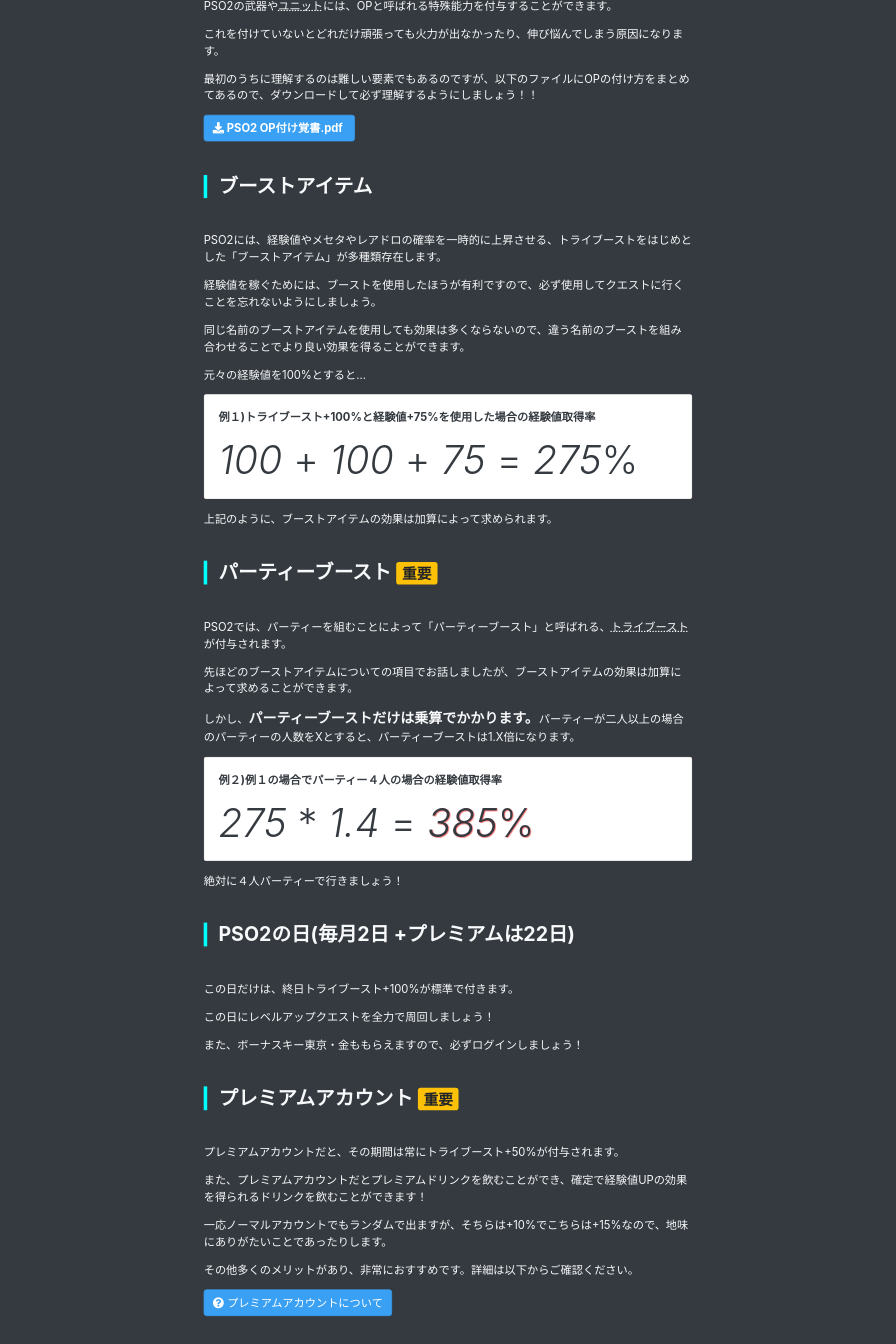
Repository: milkyahonpo/Website_source
Page: docs/capture.html
The author's editor kept a copy of each file at every save. The page is drawn from the files as they stood at one save, then again after a run of saves.
The browser window is 1280 px wide. The pictures show the part of the page from y = 3780 to 5700 px (the page is 11258 px tall before and 11156 px after), at 70% of full size.
Some web libraries are served in a nearby version.

Above is the page before, as saved 2020-02-03 09:43:53.

### docs/capture.html
<!DOCTYPE html>
<html lang="ja">
  <head>
    <!-- Required meta tags -->
    <meta charset="utf-8">
    <meta name="viewport" content="width=device-width, initial-scale=1, shrink-to-fit=no">
    <!-- Bootstrap CSS -->
    <link rel="stylesheet" href="https://stackpath.bootstrapcdn.com/bootstrap/4.3.1/css/bootstrap.min.css" integrity="sha384-ggOyR0iXCbMQv3Xipma34MD+dH/1fQ784/j6cY/iJTQUOhcWr7x9JvoRxT2MZw1T" crossorigin="anonymous">
    <!-- My CSS -->
    <link rel="stylesheet" href="css/capture.css">
    <!-- favicon -->
    <link rel="shortcut icon" href="img/favicon.ico">
    <!-- Font Awesome -->
    <link href="https://use.fontawesome.com/releases/v5.6.1/css/all.css" rel="stylesheet">
    <!-- Google Fonts -->
    <link href="https://fonts.googleapis.com/css?family=Titillium+Web&display=swap" rel="stylesheet">

    <title>みるく屋本舗 - 攻略本 -</title>
  </head>

  <body>
  <!-- Navigation -->
  <nav class="navbar navbar-expand-lg navbar-light fixed-top py-3" id="mainNav">
    <div class="container">
      <a class="navbar-brand" href="index.html">
        <img src="./img/logo.png" width="50" height="50" alt="">
        <b>みるく屋本舗</b>
      </a>
      <button class="navbar-toggler navbar-togglar-right" type="button" data-toggle="collapse" data-target="#navbarResponsive" aria-controls="navbarResponsive" aria-expanded="false" aria-label="Toggle navigation">
        <span class="navbar-toggler-icon"></span>
      </button>
      <div class="collapse navbar-collapse" id="navbarResponsive">
        <ul class="navbar-nav ml-auto my-2 my-lg-0">
          <li class="nav-item">
            <a class="nav-link js-scroll-trigger" href="#basic">基礎知識</a>
          </li>
          <li class="nav-item">
            <a class="nav-link js-scroll-trigger" href="#lv1-50">Lv01～Lv50</a>
          </li>
          <li class="nav-item">
            <a class="nav-link js-scroll-trigger" href="#lv51-75">Lv51～Lv75</a>
          </li>
          <li class="nav-item">
            <a class="nav-link js-scroll-trigger" href="#lv76-80">Lv76～Lv80</a>
          </li>
          <li class="nav-item">
            <a class="nav-link js-scroll-trigger" href="#lv81-90">Lv81～Lv90</a>
          </li>
        </ul>
      </div>
    </div>
  </nav>
  <!-- About Section -->
  <section class="page-section h-100 bg-dark text-light">
    <div class="container h-100">
      <div class="row h-100 justify-content-center align-items-center">
        <div class="col-lg-8">
          <h2 class="display-1 mt-0 font-weight-bold text-center"><span style="color: cyan;">攻</span>略本</h2>
          <hr class="divider my-4">
          <p class="lead text-center">チムメンに役立つ育成情報を掲載します！</p>
          <p class="text-center"><small>最終更新 : 2020/01/23</small></p>
        </div>
      </div>
    </div>
  </section>

  <div class="page-section bg-dark text-light">
    <div class="container">
      <div class="row py-5 justify-content-center" id="basic">
        <div class="col-md-8">
          <h2 class="font-weight-bold">基礎知識</h2>
          <h3 class="my-5 pl-3"><strong class="font-weight-bold">メインクラスとサブクラス</strong></h3>
          <div class="px-3">
            <div>
              PSO2には「メインクラス」と「サブクラス」があります。
              <ul>
                <li>「メインクラス」装備できる武器に影響するクラス</li>
                <li>「サブクラス」一部のスキルとステータスの影響を受けるクラス<br>
              </ul>
              以下にクラス一覧と、その装備できる武器について示します。
            </div>
            <p class="alert alert-info">ガンスラッシュはどのクラスでも使用することができます。</p>
            <h4>通常クラス</h4>
            <table class="table table-striped table-hover my-3 table-dark">
              <tr><th>アイコン</th><th>クラス名</th><th>略称</th><th>装備できる武器</th></tr>
              <tr><td><img class="img-thumbnail" src="img/Hu.png"　style="display: inline-block" width="50px" height="auto"></td><td><a href="https://pso2.swiki.jp/index.php?%E3%83%8F%E3%83%B3%E3%82%BF%E3%83%BC">ハンター</a></td><td>Hu</td><td><ul><li>ソード</li><li>ワイヤードランス</li><li>パルチザン</li></ul></td></tr>
              <tr><td><img class="img-thumbnail" src="img/Fi.png"　style="display: inline-block" width="50px" height="auto"></td><td><a href="https://pso2.swiki.jp/index.php?%E3%83%95%E3%82%A1%E3%82%A4%E3%82%BF%E3%83%BC">ファイター</a></td><td>Fi</td><td><ul><li>ツインダガー</li><li>ダブルセイバー</li><li>ナックル</li></ul></td></tr>
              <tr><td><img class="img-thumbnail" src="img/Ra.png"　style="display: inline-block" width="50px" height="auto"></td><td><a href="https://pso2.swiki.jp/index.php?%E3%83%AC%E3%83%B3%E3%82%B8%E3%83%A3%E3%83%BC">レンジャー</a></td><td>Ra</td><td><ul><li>ランチャー</li><li>アサルトライフル</li></ul></td></tr>
              <tr><td><img class="img-thumbnail" src="img/Gu.png"　style="display: inline-block" width="50px" height="auto"></td><td><a href="https://pso2.swiki.jp/index.php?%E3%82%AC%E3%83%B3%E3%83%8A%E3%83%BC">ガンナー</a></td><td>Gu</td><td><ul><li>ツインマシンガン</li><li>アサルトライフル</li></ul></td></tr>
              <tr><td><img class="img-thumbnail" src="img/Fo.png"　style="display: inline-block" width="50px" height="auto"></td><td><a href="https://pso2.swiki.jp/index.php?%E3%83%95%E3%82%A9%E3%83%BC%E3%82%B9">フォース</a></td><td>Fo</td><td><ul><li>ロッド</li><li>タリス</li></ul></td></tr>
              <tr><td><img class="img-thumbnail" src="img/Te.png"　style="display: inline-block" width="50px" height="auto"></td><td><a href="https://pso2.swiki.jp/index.php?%E3%83%86%E3%82%AF%E3%82%BF%E3%83%BC">テクター</a></td><td>Te</td><td><ul><li>ウォンド</li><li>タリス</li></ul></td></tr>
              <tr><td><img class="img-thumbnail" src="img/Br.png"　style="display: inline-block" width="50px" height="auto"></td><td><a href="https://pso2.swiki.jp/index.php?%E3%83%96%E3%83%AC%E3%82%A4%E3%83%90%E3%83%BC">ブレイバー</a></td><td>Br</td><td><ul><li>カタナ</li><li>バレットボウ</li></ul></td></tr>
              <tr><td><img class="img-thumbnail" src="img/Bo.png"　style="display: inline-block" width="50px" height="auto"></td><td><a href="https://pso2.swiki.jp/index.php?%E3%83%90%E3%82%A6%E3%83%B3%E3%82%B5%E3%83%BC">バウンサー</a></td><td>Bo</td><td><ul><li>ジェットブーツ</li><li>デュアルブレード</li></ul></td></tr>
              <tr><td><img class="img-thumbnail" src="img/Su.png"　style="display: inline-block" width="50px" height="auto"></td><td><a href="https://pso2.swiki.jp/index.php?%E3%82%B5%E3%83%A2%E3%83%8A%E3%83%BC">サモナー</a></td><td>Su</td><td><ul><li>タクト</li></ul></td></tr >
            </table>
            <div class="my-5">
              <p>これらの通常クラスのいずれか２つをレベル75にすることで選択可能になる<strong class="lead font-weight-bold">「後継クラス」</strong>というものがあります。</p>
              <p>後継クラスは現状で３つあり、ファントムとエトワールはサブクラスとしてセットすることができますが、メインクラスとして使う場合、<strong class="lead font-weight-bold">全てサブクラスをセットすることができません。</strong>その代わりに、各クラス特徴のある強力なクラススキルを有しており、非常に優秀なクラスとなっています。</p>
            </div>
            <h4>後継クラス</h4>
            <table class="table table-striped table-hover my-3 table-dark">
              <tr><th>アイコン</th><th>クラス名</th><th>略称</th><th>装備できる武器</th></tr>
              <tr><td><img class="img-thumbnail" src="img/Hr.png"　style="display: inline-block" width="50px" height="auto"></td class="align-items-center"><td><a href="https://pso2.swiki.jp/index.php?%E3%83%92%E3%83%BC%E3%83%AD%E3%83%BC">ヒーロー</a></td><td>Hr</td><td><ul><li>ソード</li><li>ツインマシンガン</li><li>タリス</li></ul></td></tr>
              <tr><td><img class="img-thumbnail" src="img/Ph.png"　style="display: inline-block" width="50px" height="auto"></td><td><a href="https://pso2.swiki.jp/index.php?%E3%83%95%E3%82%A1%E3%83%B3%E3%83%88%E3%83%A0">ファントム</a></td><td>Ph</td><td><ul><li>カタナ</li><li>アサルトライフル</li><li>ロッド</li></td></tr>
              <tr><td><img class="img-thumbnail" src="img/Et.png"　style="display: inline-block" width="50px" height="auto"></td><td><a href="https://pso2.swiki.jp/index.php?%E3%82%A8%E3%83%88%E3%83%AF%E3%83%BC%E3%83%AB">エトワール</a></td><td>Et</td><td><ul><li>ダブルセイバー</li><li>デュアルブレード</li><li>ウォンド</li></td></tr>
            </table>
            <p>「メインクラス」は、当然ですが入手した経験値の100%が加算されます。</p>
            <p>「サブクラス」も、セットしておくだけでサブクラスがレベル70までは<strong class="lead font-weight-bold">メインクラスが獲得した経験値の25%</strong>が加算されます。</p>
            <p>そのため、必ずサブクラスをつけておきましょう。</p>
          </div>
          <h3 class="my-5 pl-3"><strong class="font-weight-bold"><abbr title="特殊能力(DL先のファイルに詳細)">OP</abbr>・<abbr title="S級特殊能力(DL先のファイルに詳細)">SOP</abbr>付け</strong></h3>
          <div class="px-3">
            <p>PSO2の武器や<abbr title="防具のこと">ユニット</abbr>には、OPと呼ばれる特殊能力を付与することができます。</p>
            <p>これを付けていないとどれだけ頑張っても火力が出なかったり、伸び悩んでしまう原因になります。</p>
            <p>最初のうちに理解するのは難しい要素でもあるのですが、以下のファイルにOPの付け方をまとめてあるので、ダウンロードして必ず理解するようにしましょう！！</p>
            <div class="movie-box">
              <iframe width="560" height="315" src="https://www.youtube-nocookie.com/embed/dSWcW5Sa8bw" frameborder="0" allow="accelerometer; autoplay; encrypted-media; gyroscope; picture-in-picture" allowfullscreen></iframe>
            </div>
          </div>
          <h3 class="my-5 pl-3"><strong class="font-weight-bold"><abbr title="特殊能力(DL先のファイルに詳細)">OP</abbr>・<abbr title="S級特殊能力(DL先のファイルに詳細)">SOP</abbr>付け</strong></h3>
          <div class="px-3">
            <p>PSO2の武器や<abbr title="防具のこと">ユニット</abbr>には、OPと呼ばれる特殊能力を付与することができます。</p>
            <p>これを付けていないとどれだけ頑張っても火力が出なかったり、伸び悩んでしまう原因になります。</p>
            <p>最初のうちに理解するのは難しい要素でもあるのですが、以下のファイルにOPの付け方をまとめてあるので、ダウンロードして必ず理解するようにしましょう！！</p>
            <a class="text-decoration-none" href="./document/PSO2 OP付け覚書.pdf" download="PSO2 OP付け覚書.pdf">
              <button class="btn btn-primary">
                <span class="text-decoration-none"><i class="fas fa-download"></i><b class="px-1">PSO2 OP付け覚書.pdf</b></span>
              </button>
            </a>
          <div>
          <h3 class="my-5 pl-3"><strong class="font-weight-bold">ブーストアイテム</strong></h3>
          <p>PSO2には、経験値やメセタやレアドロの確率を一時的に上昇させる、トライブーストをはじめとした「ブーストアイテム」が多種類存在します。</p>
          <p>経験値を稼ぐためには、ブーストを使用したほうが有利ですので、必ず使用してクエストに行くことを忘れないようにしましょう。</p>
          <p>同じ名前のブーストアイテムを使用しても効果は多くならないので、違う名前のブーストを組み合わせることでより良い効果を得ることができます。</p>
          <p>元々の経験値を100%とすると...</p>
          <div class="card mb-3 text-dark">
            <div class="card-body">
            <p><b>例１)トライブースト+100%と経験値+75%を使用した場合の経験値取得率</b></p>
            <strong class="my-1 display-4"><var>100</var> + <var>100</var> + <var>75</var> = <var>275</var>%</strong>
            </div>
          </div>
          <p>上記のように、ブーストアイテムの効果は加算によって求められます。</p>

          <h3 class="my-5 pl-3"><strong class="font-weight-bold">パーティーブースト </strong><span class="badge badge-warning">重要</span></h3>
          <p>PSO2では、パーティーを組むことによって「パーティーブースト」と呼ばれる、<abbr title="略称「トラブ」 メセタ、レアドロ、経験値獲得量UP">トライブースト</abbr>が付与されます。</p>
          <p>先ほどのブーストアイテムについての項目でお話しましたが、ブーストアイテムの効果は加算によって求めることができます。</p>
          <p>しかし、<strong class="lead font-weight-bold">パーティーブーストだけは乗算でかかります。</strong>パーティーが二人以上の場合のパーティーの人数をXとすると、パーティーブーストは1.X倍になります。</p>
          <div class="card mb-3 text-dark">
            <div class="card-body">
            <p><b>例２)例１の場合でパーティー４人の場合の経験値取得率</b></p>
            <strong class="my-1 display-4"><var>275</var> * <var>1.4</var> = <span class="enh"><var>385</var>%</span></strong><br>
            </div>
          </div>
          <p>絶対に４人パーティーで行きましょう！</p>

          <h3 class="my-5 pl-3"><strong class="font-weight-bold">PSO2の日(毎月2日 +プレミアムは22日)</strong></h3>
          <p>この日だけは、終日トライブースト+100%が標準で付きます。</p>
          <p>この日にレベルアップクエストを全力で周回しましょう！</p>
          <p>また、ボーナスキー東京・金ももらえますので、必ずログインしましょう！</p>

          <h3 class="my-5 pl-3"><strong class="font-weight-bold">プレミアムアカウント </strong><span class="badge badge-warning">重要</span></h3>
          <p>プレミアムアカウントだと、その期間は常にトライブースト+50%が付与されます。</p>
          <p>また、プレミアムアカウントだとプレミアムドリンクを飲むことができ、確定で経験値UPの効果を得られるドリンクを飲むことができます！</p>
          <p>一応ノーマルアカウントでもランダムで出ますが、そちらは+10%でこちらは+15%なので、地味にありがたいことであったりします。</p>
          <p>その他多くのメリットがあり、非常におすすめです。詳細は以下からご確認ください。</p>
          <a href="http://pso2.jp/players/manual/preparations/ac/#sys-manual-513"><button class="btn btn-primary"><i class="fas fa-question-circle"></i> プレミアムアカウントについて</button></a>
        </_div>
      </div>
      <div class="row py-5 justify-content-center" id="lv1-50">
        <div class="col-lg-8">
          <h2><b>Lv01～50</b></h2>
          <h3 class="my-5 pl-3"><strong class="font-weight-bold">クエストに行かない！</strong></h3>
          <div class="px-3">
            <p>それが大事です。ひたすらに。</p>
            <p>理由としては、難易度的にも効率的にも、経験値がおいしくないからです。</p>
            <p>初心者として始めた時点だと、倉庫に「経験値獲得チケット」が眠っているので、まずはそれを使ってドシドシとレベルを上げていきましょう！</p>
            <p>１レベル上がるのに必要な経験値が一気に上がるのは41レベル以降なので、そこまでは一気に上がっていくはずです。</p>
            <p><strong class="lead font-weight-bold">しかし！！</strong>以下の注意点があります...</p>
          </div>
          <h3 class="my-5 pl-3"><strong class="font-weight-bold">レベル制限解除試練・Ⅰ<span class="mx-3">or</span>Ⅱ</strong></h3>
          <div class="px-3">
            <p><strong class="lead font-weight-bold">ゲートエリアのNPCコフィーのクライアントオーダー</strong>から、Ⅰはクラスレベル20、Ⅱはクラスレベル35になると受けることができます。</p>
            <p>このオーダーをクリアしておかないと、レベル30とレベル40の時点で<abbr title="レベルがそれ以上上がらない状態になること">レベルキャップ</abbr>を迎えてしまいます。そうなると経験値チケットを使用しても無駄になるだけなので、しっかりと解放しておきましょう！</p>
          </div>
        </div>
      </div>
      <div class="row py-5 justify-content-center" id="lv51-75">
        <div class="col-lg-8">
          <h2 class="mb-5"><b>Lv51～75</b></h2>
          <h3 class="my-5 pl-3"><strong class="font-weight-bold">ボーナスキー</strong></h3>
          <div class="px-3">
            <p><strong class="lead font-weight-bold">ここまで取っておいた君！よく我慢した！！！</strong></p>
            <p>ボーナスキーは有効期限がありますので、ここらで使うのも手ではないでしょうか。</p>
            <p>しかし、ボーナスクエストは、自身の現在のレベルに比例して取得できる経験値量が増加します。</p>
            <p>自身のレベルが80になると、取得できる経験値量の変動が頭打ちになるので、そこで使うのがもっとも効率が良い方法になります。</p>
            <p><strong class="lead font-weight-bold">PSO2の日はボーナスクエストにも経験値+100%がつく</strong>ので、期限がもつならその時に行きましょう！</p>
          </div>
          <h3 class="my-5 pl-3"><strong class="font-weight-bold">暗影渦巻く壊れた世界SH </strong><span class="badge badge-warning">重要</span></h3>
          <div class="px-3">
            <p>これより経験値がおいしいクエストは、他にはボーナスキーしかないレベルです。</p>
            <p>圧倒的経験値効率を誇るクエストなので、レベリングには必ず行きましょう！</p>
            <p><strong class="lead font-weight-bold">レベルアップクエストの仕様上、5日周期で1日来る</strong>ので必ずチェックしておきましょう。</p>
          </div>
          <h3 class="my-5 pl-3"><strong class="font-weight-bold">クラスごとの<abbr title="スキルポイント スキルツリーのスキルを取得するために必要になる レベル1UPごとに1SP">SP</abbr>取得クライアントオーダー </strong><span class="badge badge-warning">重要</span></h3>
          <div class="px-3">
            <p>レベル75になると、クラスキューブというアイテムを渡すことによって、クラスごとにSPを獲得できるクライアントオーダーが解放されます。</p>
            <p>クラスキューブとは、ハンターであれば「Huエクスキューブ」といったような、クラスの略称がついたアイテムになります。</p>
            <p>全てのクラス共通で、最初は1個、次は2個、3個、4個と要求数が増えていき、全4つのオーダーで合計10個のクラスキューブが必要になります。</p>
            <p><strong class="lead font-weight-bold">ゲートエリアのNPCシロナの「トレジャーショップ」</strong>から、SGまたはメセタを使用してクラスキューブを購入することができます。売っているクラスキューブは日替わりなので、自分の欲しいクラスキューブが陳列された時に購入しましょう！</p>
            <p>また、レベル90のレベルキャップに到達した状態でレベルアップすることで、そのクラスのクラスキューブを<strong class="lead font-weight-bold">レベルアップごとに７個</strong>取得することができます。</p>
          </div>
        </div>
      </div>
          <!--
          <h3 class="my-5 pl-3"><strong class="font-weight-bold">レベル75制限解除試験・○○ </strong><span class="badge badge-info">後継クラスのみ</span></h3>
          <p>レベル75制限解除試験とは、その名の通りレベル75のレベルキャップを解放するクライアントオーダーです。</p>
          <p>これまでもレベル30の時点やレベル40の時点にも存在したものと同じになります。</p>
          <p>このレベルキャップ解放はクラスごとにクリアする必要があります。</p>
          <p>条件は、<br>
          <strong class="lead font-weight-bold">「<abbr title="ガンスラッシュは対象外です">メインクラスで装備できる武器種</abbr>の☆13以上を+35まで強化する」</strong><br>
          というものになります。</p>
          <p><strong class="lead font-weight-bold">ゲートエリアのNPCプリンの「コレクトシート」</strong>で、☆13武器の+35をゲットするだけで達成することができます。</p>
          <p>コレクトシートとは、数あるアイテムの中から自身が欲しいアイテムを選択し、そのアイテムのシートを入手したのちに、シート中に記載されている必要項目を全達成することで対象のアイテムが入手できるというものです。</p>
          <p>それぞれの項目に指定された条件を達成すると項目のゲージが上昇していき、ゲージが最大になった時にドロップするアイテムを入手することで項目が達成されます。</p>
          <p>基本的にコレクトシートの項目の条件は、入手した時点で開催されている緊急クエストや期間限定クエストで達成できるものが設定されているので、どんどん参加しましょう！</p>
          -->

      <div class="row py-5 justify-content-center" id="lv76-80">
        <div class="col-lg-8">
          <h2 class="mb-5"><b>Lv76～80</b></h2>
          <h3 class="my-5 pl-3"><strong class="font-weight-bold">必要経験値の異常なまでの上昇 </strong><span class="badge badge-danger">難関</span></h3>
          <p><strong class="lead font-weight-bold">今までとは比べ物にならないくらいにレベルが上がらなくなってきます。</strong></p>
          <p>ただ、昔のPSO2と比較したら今はボーナスキーもあり、レベルアップクエストなんてものもあり、
          そのうえPSO2の日では経験値+100%で、プレミアムなら毎日トライブースト+50%もつくだって！？</p>
          <strong class="lead font-weight-bold">めげずに頑張りましょう！私たちがついています！</strong>

          <h3 class="my-5 pl-3"><strong class="font-weight-bold">ボーナスキー </strong></h3>
          <p>それはここでも同じです。</p>
          <p>PSO2で経験値が一番おいしいクエストは間違いなくボーナスキー！</p>
          <p>手に入れたらPSO2の日をねらって絶対に行きましょう！</p>
          <p>(ブーストアイテムを忘れずにね！)</p>

          <h3 class="my-5 pl-3"><strong class="font-weight-bold">暗影渦巻く壊れた世界XH </strong><span class="badge badge-success">更新時点 推奨</span></h3>
          <p>現状最強武器の「リバレイト〇〇」という武器の入手にはクラスキューブが必要になります。</p>
          <p>また、2020/02/05まで開催されている<a href="http://pso2.jp/players/event/newyear2020/">SPACE MAGATSU DESTROYERS</a>の個人ポイント獲得はこの暗影でもためることができ、暗影は1周2分で周回できるので非常に高効率となっています。(本来あってはならないことかもしれませんが...)</p>
          <p>以上の理由から、現時点では高レベルのプレイヤーも暗影を周回しており、人がすぐに集まることも多いため、以下に記載してあるSHを周回するよりも圧倒的に高効率でレベルアップすることができます。</p>

          <h3 class="my-5 pl-3"><strong class="font-weight-bold">暗影渦巻く壊れた世界SH </strong><span class="badge badge-secondary">更新時点 非推奨</span></h3>
          <p>「え？なんでまだこの段階でもXH行かないの？」</p>
          <p>そう思う方も多いことでしょう。</p>
          <p>試しにXHに行ってみた方はわかると思いますが、
          <strong class="lead font-weight-bold">クエストに12人いることのほうが少ないです。</strong></p>
          <p>理由はSHとXHの受注可能なレベル帯の差にあります。</p>
          <p>SHはレベル50から受注可能で、XHには、メインサブの双方を75まで上げないと行けません。</p>
          <p>なので、SHを回るのは、75-50=レベル25分の幅の方で、
          なおかつメインはレベル75であってもサブはまだという方も含まれます。</p>
          <p>それに対してXHはレベル75から受注可能で、最大はレベル90です。</p>
          <p>なので、XHを回るのは、90-75=レベル15分の幅の方で、
          なおかつメインサブ双方が75以上である方です。</p>
          <p>それゆえに、暗影で人数が集まるのは必然的にSHとなるわけです。</p>
          <p>人数が集まるということは、パーティーが組めるのでブーストがのる。</p>
          <p><strong class="lead font-weight-bold">そういうことです！</strong></p>

          <h3 class="my-5 pl-3"><strong class="font-weight-bold">クラスごとのSP取得クライアントオーダー </strong></h3>
          <p>Lv51～75で前述のとおりです。</p>
          <p>もしもレベル75の時点でやっていなかったのであれば、必ずここで済ませてしまいましょう！</p>

          <!--
          <h3 class="my-5 pl-3"><strong class="font-weight-bold">レベル80制限解除試験・○○ </strong></h3>
          <p>「またレベルキャップか・・・」</p>
          <p>安心してください。今回のは<b>めちゃくちゃ簡単</b>です。</p>
          <p>レベルを75にした時点で称号報酬でもらっていた、３つの<strong class="lead font-weight-bold">「サブ／ステラウォール」</strong>というユニット。</p>
          <p>若しくは、ここまで暗影を周回している人なら持っているであろう「ウェポンズバッジ2019」。</p>
          <p>それとバッジ交換ショップで交換できる☆12ユニットの、</p>
          <p><strong class="lead font-weight-bold">「リア／サーキュレイ」、「アーム／サーカレイ」、「レッグ／サークレイ」</strong>。</p>
          <p>そのどちらかのシリーズを全て+10にしてから装備して話しかけるだけで達成できます。</p>
          <p>ユニットの強化は、武器と比較してものすごく簡単なので、
          強化値+7までは補助アイテム何も無しで上げていき、
          +8以降は、「強化成功率+5%」と「強化リスク軽減(+1)」を使用して上げていくだけで十分です。</p>
          <p>もっていないのであれば、どちらも非常に安価にマイショップで販売していますので、
          どんどん上げて、ぱぱっと報告してしまいましょう！</p>
          -->
        </div>
      </div>
      <div class="row py-5 justify-content-center" id="lv81-90">
        <div class="col-lg-8">
          <h2 class="mb-5"><b>Lv81～90</b></h2>
          <h3 class="my-5 pl-3 display-4"><font color="orange">気合 <i class="fas fa-exclamation"></i></font></h3>
          <p>今までの知識をすべて駆使してレベルを上げていきましょう。</p>
          <p>ブースト、ボーナスキー、暗影...</p>
          <p><b style="font-size: 20px">頂上はもうすぐです！</b></p>
        </div>
      </div>
    </div>
  </div>
</section>
  <!-- Footer -->
  <footer class="bg-light py-5">
    <div class="container">
      <div class="small text-center text-muted">※当サイトの一部の掲載画像等に関する権利は、株式会社セガゲームズに帰属しています。</div>
      <div class="small text-center text-muted">Copyright &copy; 2019 - MYH / SEGA PHANTASY STAR ONLINE 2</div>
    </div>
  </footer>

  <!-- Bootstrap core JavaScript -->
  <script src="vendor/jquery/jquery.min.js"></script>
  <script src="vendor/bootstrap/js/bootstrap.bundle.min.js"></script>

  <!-- Plugin JavaScript -->
  <script src="vendor/jquery-easing/jquery.easing.min.js"></script>
  <script src="vendor/magnific-popup/jquery.magnific-popup.min.js"></script>

  <!-- Custom scripts for this template -->
  <script src="js/creative.min.js"></script>

    <!-- Optional JavaScript -->
    <!-- jQuery first, then Popper.js, then Bootstrap JS -->
    <script src="https://code.jquery.com/jquery-3.3.1.slim.min.js" integrity="sha384-q8i/X+965DzO0rT7abK41JStQIAqVgRVzpbzo5smXKp4YfRvH+8abtTE1Pi6jizo" crossorigin="anonymous"></script>
    <script src="https://cdnjs.cloudflare.com/ajax/libs/popper.js/1.14.7/umd/popper.min.js" integrity="sha384-UO2eT0CpHqdSJQ6hJty5KVphtPhzWj9WO1clHTMGa3JDZwrnQq4sF86dIHNDz0W1" crossorigin="anonymous"></script>
    <script src="https://stackpath.bootstrapcdn.com/bootstrap/4.3.1/js/bootstrap.min.js" integrity="sha384-JjSmVgyd0p3pXB1rRibZUAYoIIy6OrQ6VrjIEaFf/nJGzIxFDsf4x0xIM+B07jRM" crossorigin="anonymous"></script>
  </body>
</html>

### docs/js/creative.min.js
/*!
 * Start Bootstrap - Creative v5.1.6 (https://startbootstrap.com/template-overviews/creative)
 * Copyright 2013-2019 Start Bootstrap
 * Licensed under MIT (https://github.com/BlackrockDigital/startbootstrap-creative/blob/master/LICENSE)
 */

!function (e) { "use strict"; e('a.js-scroll-trigger[href*="#"]:not([href="#"])').click(function () { if (location.pathname.replace(/^\//, "") == this.pathname.replace(/^\//, "") && location.hostname == this.hostname) { var a = e(this.hash); if ((a = a.length ? a : e("[name=" + this.hash.slice(1) + "]")).length) return e("html, body").animate({ scrollTop: a.offset().top - 72 }, 1e3, "easeInOutExpo"), !1 } }), e(".js-scroll-trigger").click(function () { e(".navbar-collapse").collapse("hide") }), e("body").scrollspy({ target: "#mainNav", offset: 75 }); function a() { 100 < e("#mainNav").offset().top ? e("#mainNav").addClass("navbar-scrolled") : e("#mainNav").removeClass("navbar-scrolled") } a(), e(window).scroll(a)/*, e("#portfolio").magnificPopup({ delegate: "a", type: "image", tLoading: "Loading image #%curr%...", mainClass: "mfp-img-mobile", gallery: { enabled: !0, navigateByImgClick: !0, preload: [0, 1] }, image: { tError: '<a href="%url%">The image #%curr%</a> could not be loaded.' } })*/ }(jQuery);

Loaded but not shown: docs/css/capture.css (library); docs/vendor/jquery/jquery.min.js (library); docs/vendor/bootstrap/js/bootstrap.bundle.min.js (library); docs/vendor/jquery-easing/jquery.easing.min.js (common file); docs/vendor/magnific-popup/jquery.magnific-popup.min.js (library)

After the next 2 saves:
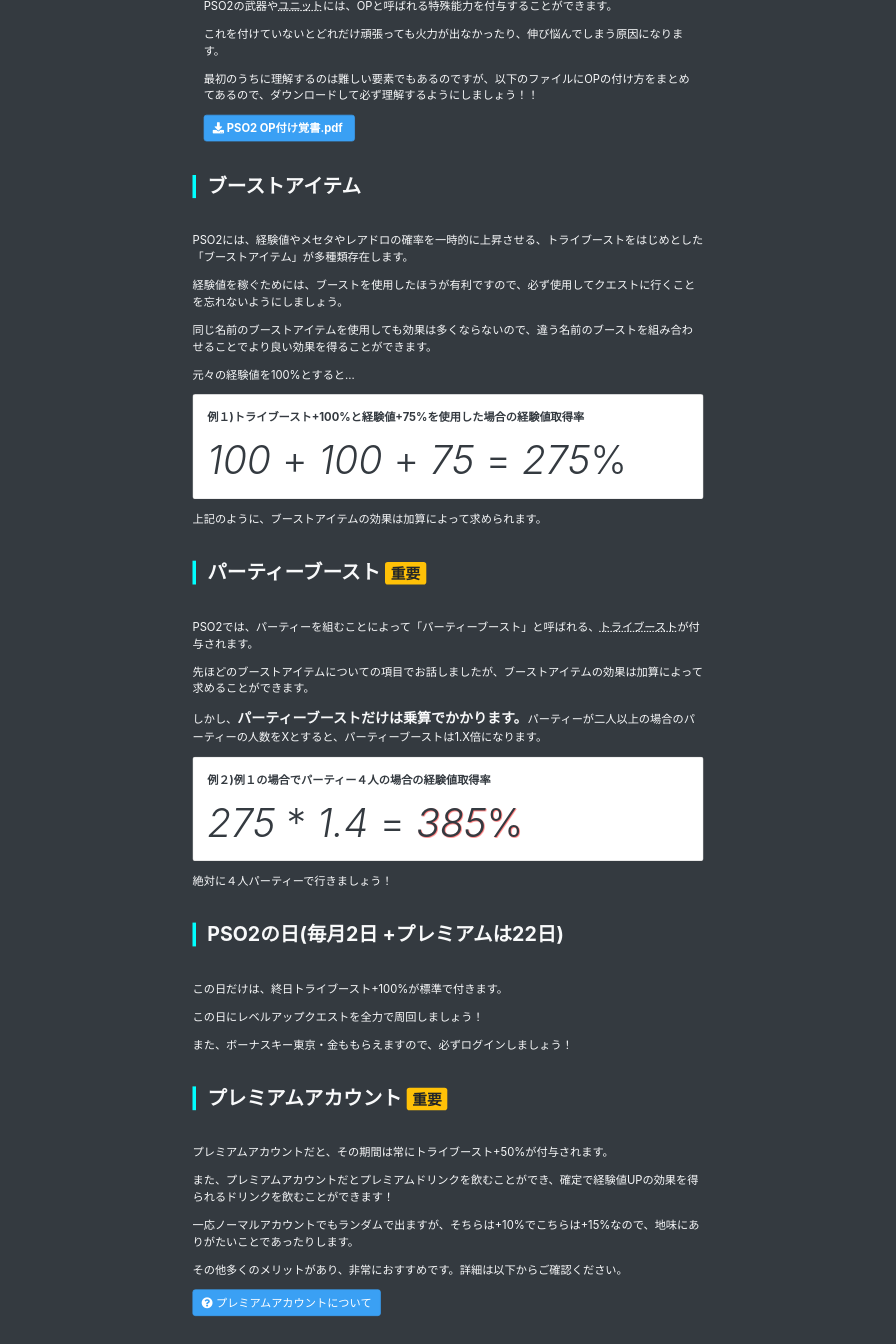
The 2 saves are shown as one change because they came seconds apart.
The last was saved 12 s later.
--- a/docs/capture.html
+++ b/docs/capture.html
@@ -127,7 +127,7 @@
                 <span class="text-decoration-none"><i class="fas fa-download"></i><b class="px-1">PSO2 OP付け覚書.pdf</b></span>
               </button>
             </a>
-          <div>
+          </div>
           <h3 class="my-5 pl-3"><strong class="font-weight-bold">ブーストアイテム</strong></h3>
           <p>PSO2には、経験値やメセタやレアドロの確率を一時的に上昇させる、トライブーストをはじめとした「ブーストアイテム」が多種類存在します。</p>
           <p>経験値を稼ぐためには、ブーストを使用したほうが有利ですので、必ず使用してクエストに行くことを忘れないようにしましょう。</p>
@@ -165,7 +165,7 @@
           <p>その他多くのメリットがあり、非常におすすめです。詳細は以下からご確認ください。</p>
           <a href="http://pso2.jp/players/manual/preparations/ac/#sys-manual-513"><button class="btn btn-primary"><i class="fas fa-question-circle"></i> プレミアムアカウントについて</button></a>
         </_div>
-      </div>
+      <//div>
       <div class="row py-5 justify-content-center" id="lv1-50">
         <div class="col-lg-8">
           <h2><b>Lv01～50</b></h2>
